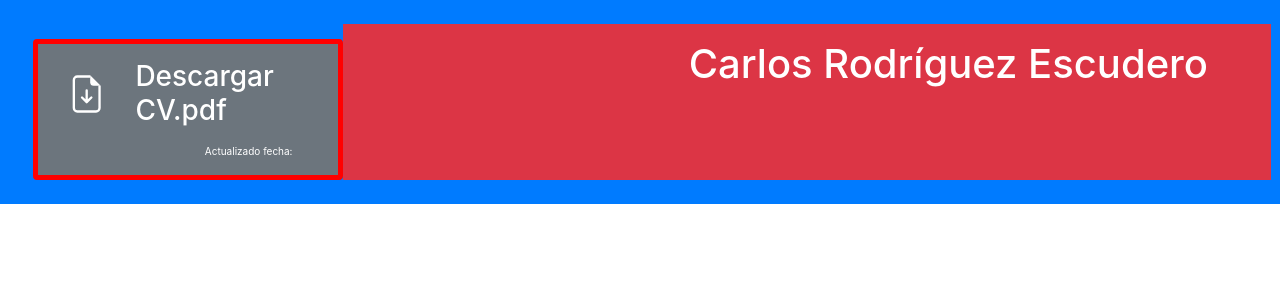
Repository: CarlosRoEs/CarlosWebCV
Page: index.html
These files come from the project's save history. The page is drawn as it stood at one moment and after a run of saves; the edit follows.
The browser window is 1280 px wide. The pictures show the whole page.
The style sheet was rebuilt from its Sass, Less or Tailwind sources for each picture, by a compiler version that may differ from the author's.

Above is the page before, as saved 2020-09-15 13:27:19.

After the next 9 saves:
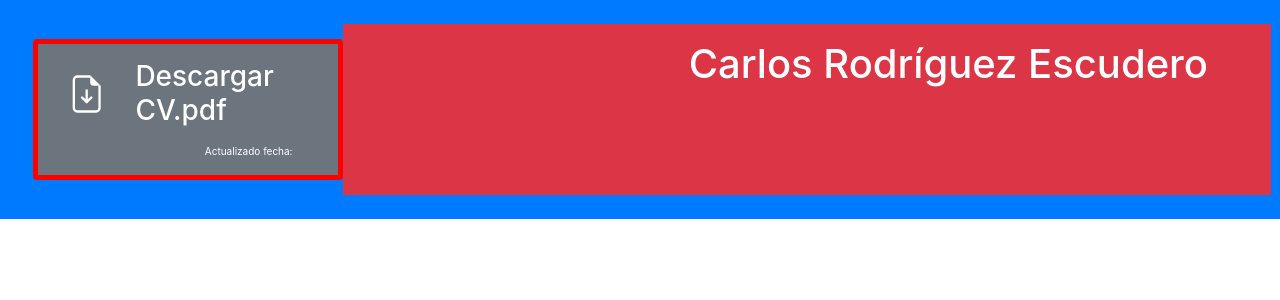
The 9 saves are shown as one change because 1 did not build or start and some came seconds apart.
The last was saved 28 s later.
--- a/Sass/header.scss
+++ b/Sass/header.scss
@@ -7,6 +7,7 @@
 
     #a-header {
         margin-top: 15px;
+        margin-bottom: 15px;
         border: 5px solid red;
         font-size: 10px;
     }
